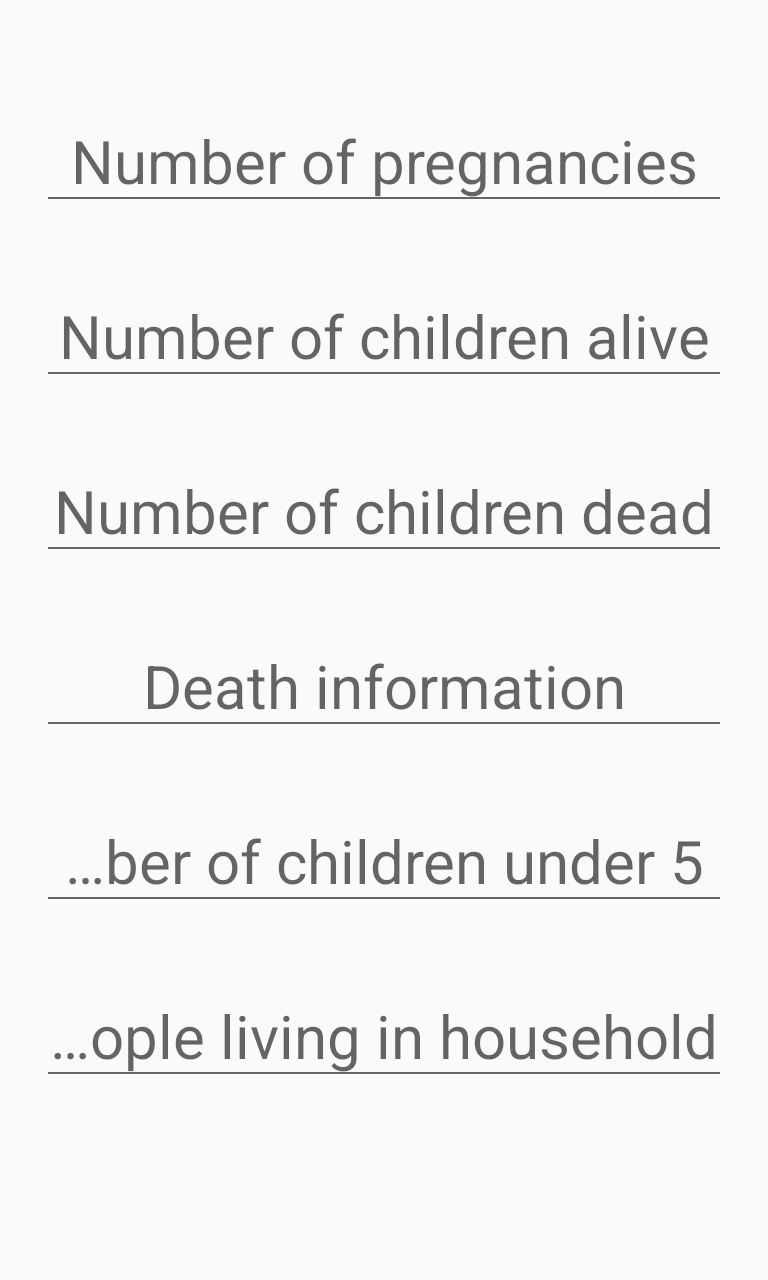
Repository: achavez812/GuatemalaProject2
Layout: GuateMedic-master/GuateMedic/res/layout/fragment_add_new_family_visit2.xml
An editor plug-in stored every save of this project. The layout is shown before and after the next save, followed by the edit.
It is drawn on a 768 x 1280 px phone screen (xhdpi) without system bars, with theme AppTheme; the app's code is not run.

Above is the layout before, as saved 2014-07-06 09:20:50.

After the next save:
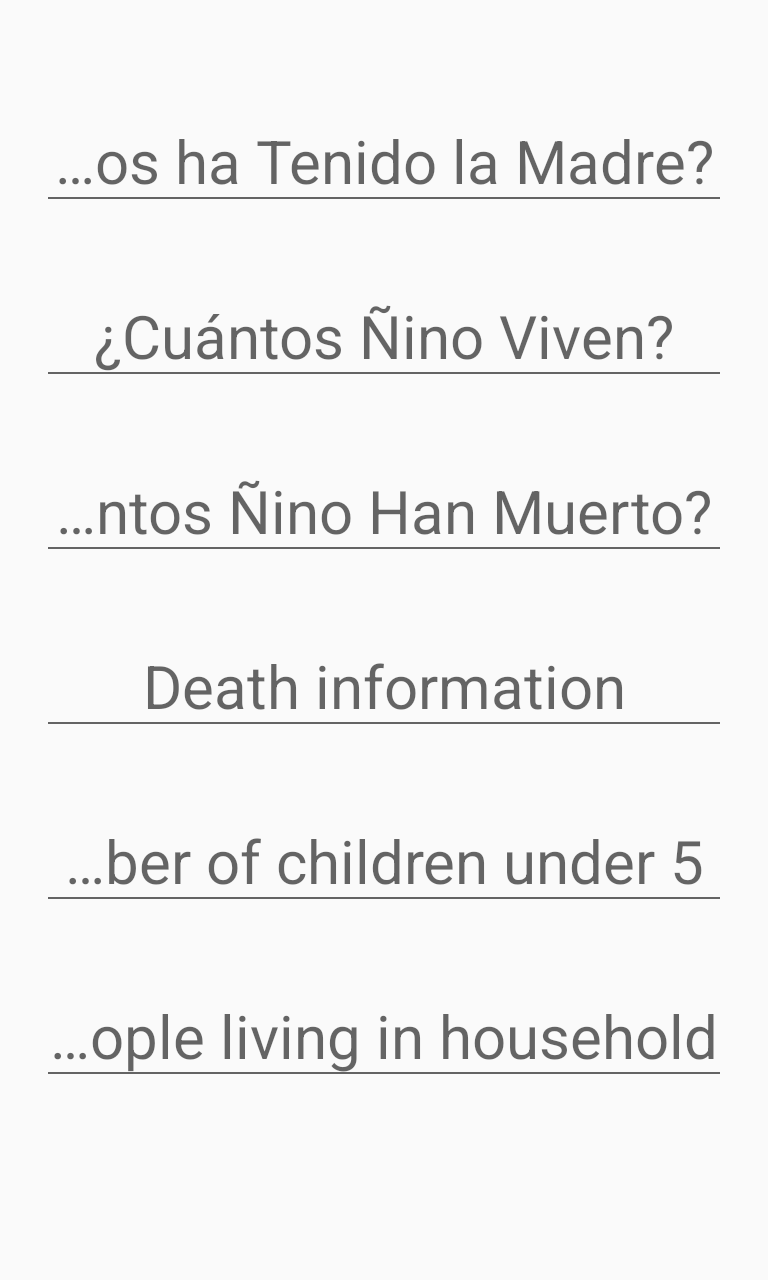
Saved 83 s later.
--- a/GuateMedic-master/GuateMedic/res/layout/fragment_add_new_family_visit2.xml
+++ b/GuateMedic-master/GuateMedic/res/layout/fragment_add_new_family_visit2.xml
@@ -19,7 +19,7 @@
 			android:ellipsize="start"
             android:inputType="number"
             android:textSize="30sp"
-            android:hint="Number of pregnancies"/>
+            android:hint="¿Cuántos Partos ha Tenido la Madre?"/>
 
         <EditText
             android:id="@+id/family_visit2_num_children_alive"
@@ -30,7 +30,7 @@
 			android:ellipsize="start"
             android:inputType="number"
             android:textSize="30sp"
-            android:hint="Number of children alive" />
+            android:hint="¿Cuántos Ñino Viven?" />
 
         <EditText
             android:id="@+id/family_visit2_num_children_dead"
@@ -41,7 +41,7 @@
 			android:ellipsize="start"
             android:inputType="number"
             android:textSize="30sp"
-            android:hint="Number of children dead" />
+            android:hint="¿Cuántos Ñino Han Muerto?" />
 
         <EditText
             android:id="@+id/family_visit2_death_information"
